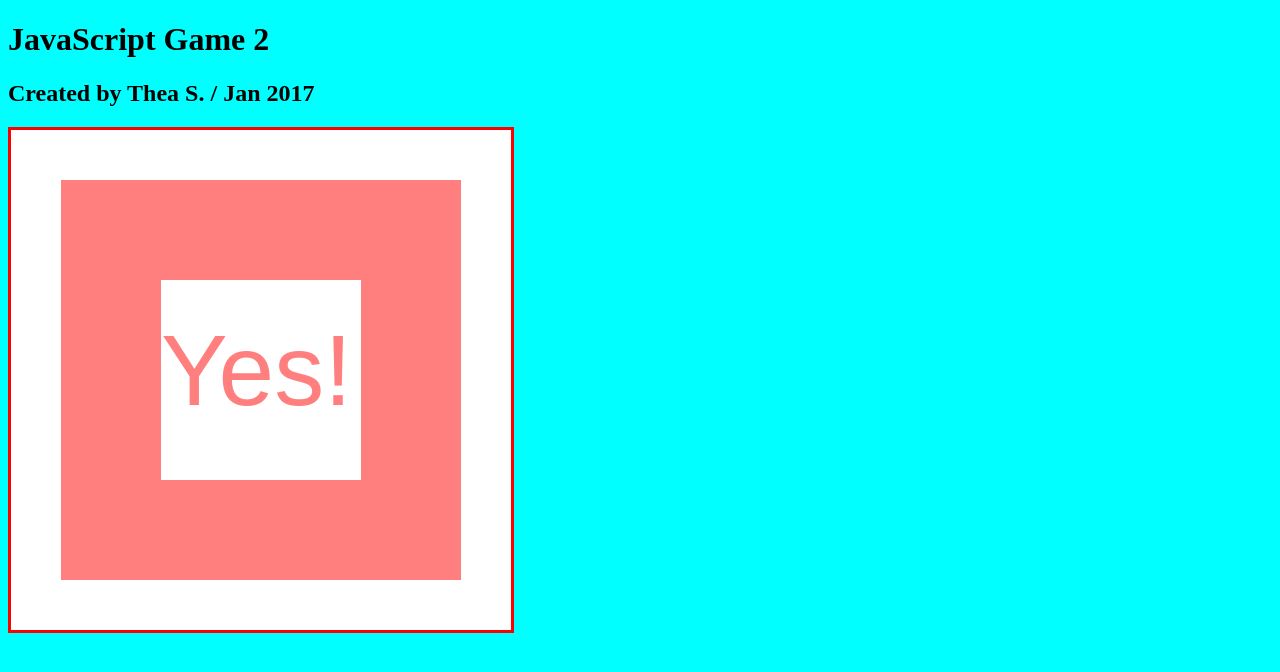
Repository: m-rabbit/b1_sukianto_code
Page: websites/JS_Game_02/index.html
An editor plug-in stored every save of this project. The page is shown before and after the next save, followed by the edit.
The browser window is 1280 px wide. The pictures show the whole page.

Above is the page before, as saved 2017-01-26 15:57:41.

### websites/JS_Game_02/index.html
<!DOCTYPE html>
<html>
	<head>
		<title>JavaScript Game 2</title>
		<style>
			body {
				background-color: #00FFFF;
			}
			canvas {
				border: 3px solid red;
				background-color: #FFFFFF;
			}
		</style>
	</head>
	<body>
		<h1>JavaScript Game 2</h1>
		<h2>Created by Thea S. / Jan 2017</h2>



		<canvas id="ctx" width="500" height="500"></canvas>
		<script src="js/gametwo.js">
		</script>
	</body>
</html>

### websites/JS_Game_02/js/gametwo.js
var ctx = document.getElementById("ctx").getContext("2d");

ctx.font = '100px Arial';
ctx.globalAlpha = 0.5;

ctx.fillStyle = '#FF0000';
ctx.fillRect(50, 50, 400, 400);
ctx.clearRect(150, 150, 200, 200);
ctx.fillText('Yes!', 150, 275);
ctx.fillStyle = '#0000FF';

After the next save:
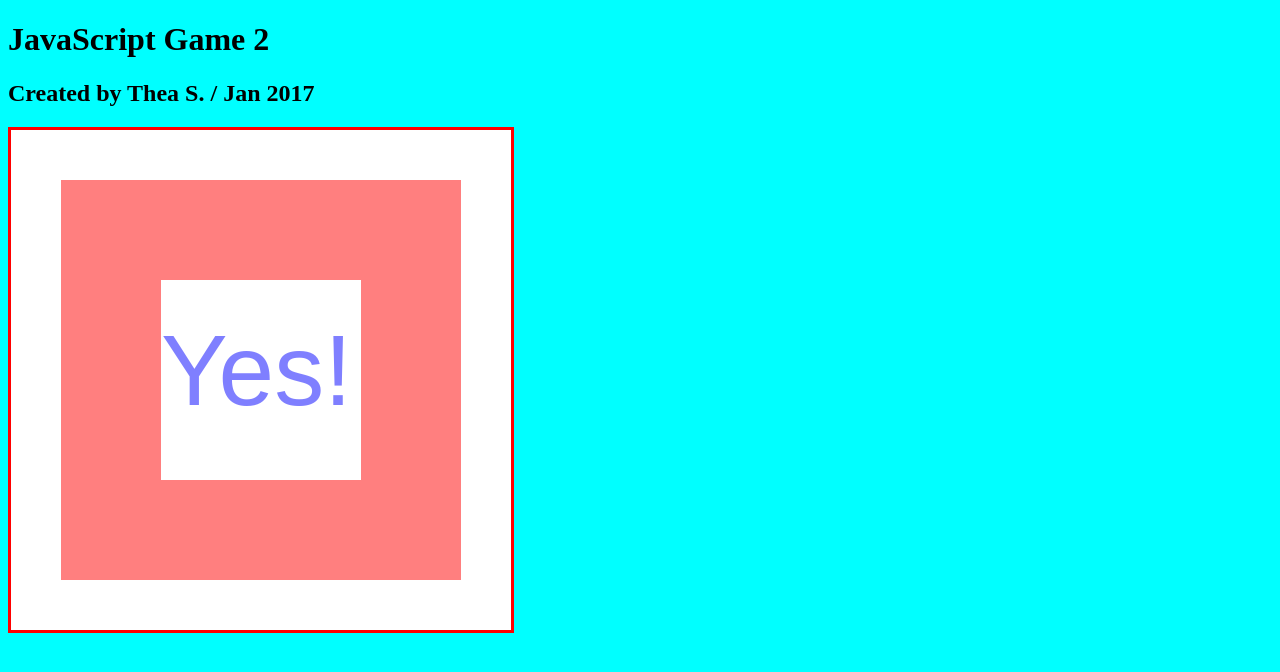
Saved 8 s later.
--- a/websites/JS_Game_02/js/gametwo.js
+++ b/websites/JS_Game_02/js/gametwo.js
@@ -6,5 +6,5 @@ ctx.globalAlpha = 0.5;
 ctx.fillStyle = '#FF0000';
 ctx.fillRect(50, 50, 400, 400);
 ctx.clearRect(150, 150, 200, 200);
+ctx.fillStyle = '#0000FF';
 ctx.fillText('Yes!', 150, 275);
-ctx.fillStyle = '#0000FF';
